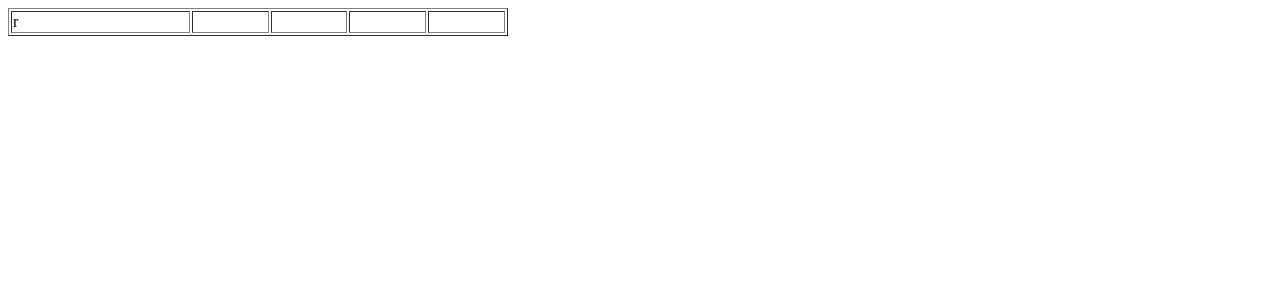
Repository: nsbgit/JavaTutorial
Page: http://localhost/Proj/
The author's editor kept a copy of each file at every save. The page is drawn from the files as they stood at one save, then again after the next save.
The browser window is 1280 px wide. The pictures show the whole page.
The page is served by Tomcat 9.

Above is the page before, as saved 2013-09-29 07:22:56.

### Webel/IDE/2013-09-29/TheSukanta/Proj/WebContent/first.jsp
<%@ page language="java" contentType="text/html; charset=ISO-8859-1"
    pageEncoding="ISO-8859-1"%>
<!DOCTYPE html PUBLIC "-//W3C//DTD HTML 4.01 Transitional//EN" "http://www.w3.org/TR/html4/loose.dtd">
<html>
<head>
<meta http-equiv="Content-Type" content="text/html; charset=ISO-8859-1">
<title>Insert title here</title>
</head>
<body>
	<table border="1" width="500px">
		<tr>
			<td> r </td>
			<td>  </td>
			<td>  </td>
			<td>  </td>
			<td>  </td>
		</tr>
	</table>
</body>
</html>

After the next save:
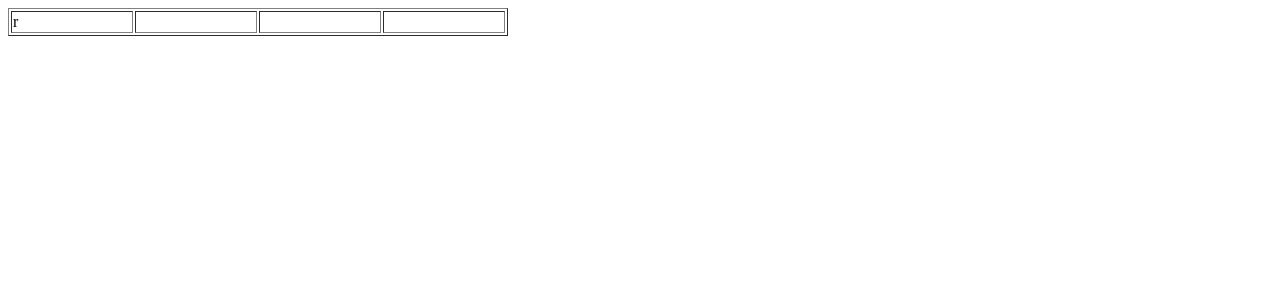
Saved 45 s later.
--- a/Webel/IDE/2013-09-29/TheSukanta/Proj/WebContent/first.jsp
+++ b/Webel/IDE/2013-09-29/TheSukanta/Proj/WebContent/first.jsp
@@ -9,11 +9,10 @@
 <body>
 	<table border="1" width="500px">
 		<tr>
-			<td> r </td>
-			<td>  </td>
-			<td>  </td>
-			<td>  </td>
-			<td>  </td>
+			<td width="25%"> r </td>
+			<td width="25%">  </td>
+			<td width="25%">  </td>
+			<td width="25%">  </td>
 		</tr>
 	</table>
 </body>
